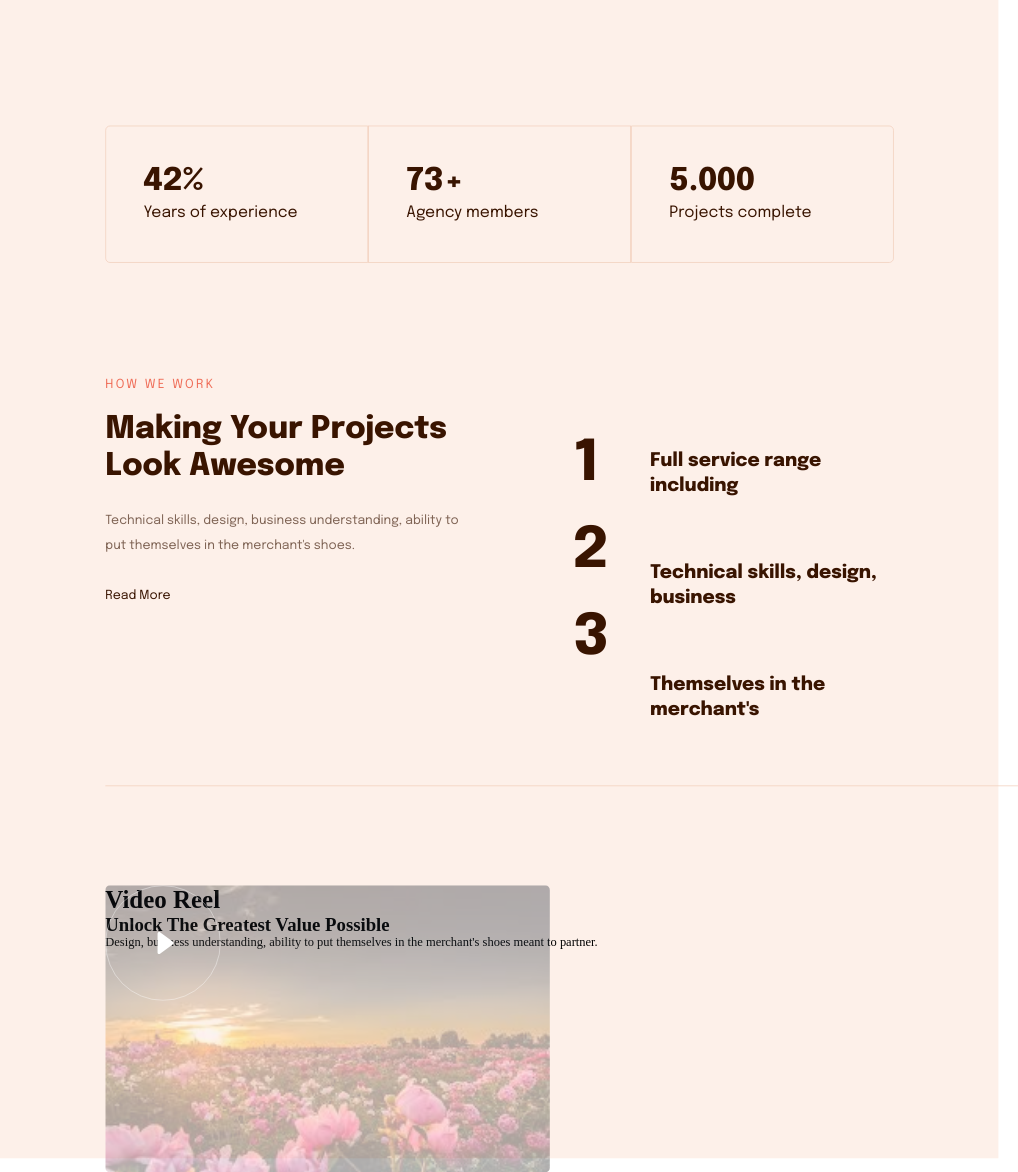
Repository: AytacJafarova/task2
Page: index.html
These files come from the project's save history. The page is drawn as it stood at one moment and after the next save; the edit follows.
The browser window is 1280 px wide. The page is 1305 px wide, so the pictures cover 1305 px, including what lies to the right of the window. The pictures show the whole page, at 78% of full size.

Above is the page before, as saved 2023-08-01 14:10:16.

### index.html
<!DOCTYPE html>
<html lang="en">

<head>
    <meta charset="UTF-8">
    <meta name="viewport" content="width=device-width, initial-scale=1.0">
    <title>Document</title>
    <link rel="stylesheet" href="./index.css">
</head>

<body>
    <div class="container">
        <div class="projects">
            <ul>
                <li>
                    <h1>42%</h1>
                    <p>Years of experience</p>
                </li>
                <li>
                    <h1>73+</h1>
                    <p>Agency members</p>
                </li>
                <li>
                    <h1>5.000</h1>
                    <p>Projects complete</p>
                </li>
            </ul>
        </div>
        <div class="work">
            <div class="box1">
                <h1>How we work</h1>
                <h2>Making Your Projects <br> Look Awesome</h2>
                <p class="put">Technical skills, design, business understanding, ability to put themselves in the
                    merchant's shoes.</p>
                <p>Read More</p>
            </div>
            <div class="box2">
                <ul>
                    <li>1</li>
                    <li>2</li>
                    <li>3</li>
                </ul>
                <div class="texts">
                    <h1>Full service range including</h1>
                    <h1>Technical skills, design, business</h1>
                    <h1>Themselves in the merchant's</h1>
                </div>
            </div>
        </div>
        <div class="border"></div>
        <div class="video">
            <div class="video-img">
                <img class="first" src="./images/images.jpg" alt="">
                <img src="./images/play.svg" alt="">
            </div>
            <div class="texts">
                <h1>Video Reel</h1>
                <h2>Unlock The Greatest Value Possible</h2>
                <p>Design, business understanding, ability to put themselves in the merchant's shoes meant to partner.
                </p>
            </div>
        </div>
    </div>
</body>

</html>

### index.css
@import url('https://fonts.googleapis.com/css2?family=Epilogue:wght@400;800&display=swap');
* {
    padding: 0;
    margin: 0;
    box-sizing: border-box;
}
.container {
    padding: 161px 134px 268px 135px;
    background: #FDF0E9;
}
.projects ul {
    display: flex;
    /* border-radius: 6px 0px 0px 6px; */
}
.projects ul li {
    display: flex;
    flex-direction: column;
    justify-content: center;
    list-style-type: none;
border: 1px solid #F3D1BF;
width: 33.33%;
height: 176px;
padding-left: 48px;
}
li:first-child{
border-radius: 6px 0px 0px 6px;
}
li:last-child{
border-radius: 0px 6px 6px 0px;
}


.projects ul li h1 {
    color: var(--text-dark, #391400);
font-feature-settings: 'clig' off, 'liga' off;
font-family: Epilogue;
font-size: 40px;
font-style: normal;
font-weight: 800;
line-height: 48px;
}
.projects ul li p {
    color: var(--text-dark, #391400);
font-feature-settings: 'clig' off, 'liga' off;
font-family: Epilogue;
font-size: 20px;
font-style: normal;
font-weight: 400;
line-height: 32px;
}
.work {
    display:flex ;
    margin-top: 140px;
}
.box1 h1 {
    color: var(--text-dark-accent, #EF6D58);
font-feature-settings: 'clig' off, 'liga' off;
font-family: Epilogue;
font-size: 16px;
font-style: normal;
font-weight: 400;
line-height: 32px;
letter-spacing: 3px;
text-transform: uppercase;
margin-bottom: 17px;
}
.box1 h2 {
    color: var(--text-dark, #391400);
font-feature-settings: 'clig' off, 'liga' off;
font-family: Epilogue;
font-size: 40px;
font-style: normal;
font-weight: 800;
line-height: 48px;
margin-bottom: 30px;
}
.box1 .put {
    width: 470px;
height: 68px;
flex-shrink: 0;
    color: var(--text-dark-gray, rgba(57, 20, 0, 0.64));
font-feature-settings: 'clig' off, 'liga' off;
font-family: Epilogue;
font-size: 16px;
font-style: normal;
font-weight: 400;
line-height: 32px;
margin-bottom: 28px;
}
.box1 p {
    color: var(--text-dark, #391400);
font-feature-settings: 'clig' off, 'liga' off;
font-family: Epilogue;
font-size: 16px;
font-style: normal;
font-weight: 400;
line-height: 32px;
}
.box2 {
    display: flex;
    margin-left: 130px;
    margin-top: 78px;
}
.box2 ul li {
    list-style-type: none;
    color: #391400;
font-feature-settings: 'clig' off, 'liga' off;
font-family: Epilogue;
font-size: 72px;
font-style: normal;
font-weight: 800;
line-height: 80px;
letter-spacing: -2px;
margin-bottom: 32px;
}
.box2 .texts h1 {
    color: var(--text-dark, #391400);
font-feature-settings: 'clig' off, 'liga' off;
font-family: Epilogue;
font-size: 24px;
font-style: normal;
font-weight: 700;
line-height: 32px;
margin-bottom: 80px;
margin-top: 20px;
margin-left: 54px;
}
.border {
    width: 1170px;
height: 1px;
flex-shrink: 0;
background: #F3D1BF;
}
.video {
    display: flex;
    margin-top:127px;
}
.video .video-img .first  {
    width: 570px;
    height: 368px;
    flex-shrink: 0;
    border-radius: 6px;
opacity: 0.318057119846344;
background: #5C2000;
}
.video .video-img  img {
    width: 148px;
height: 148px;
flex-shrink: 0;
color: FFFFF;
margin-bottom: 0;
position: absolute;
}
.video-img {
    position: relative;
}

After the next save:
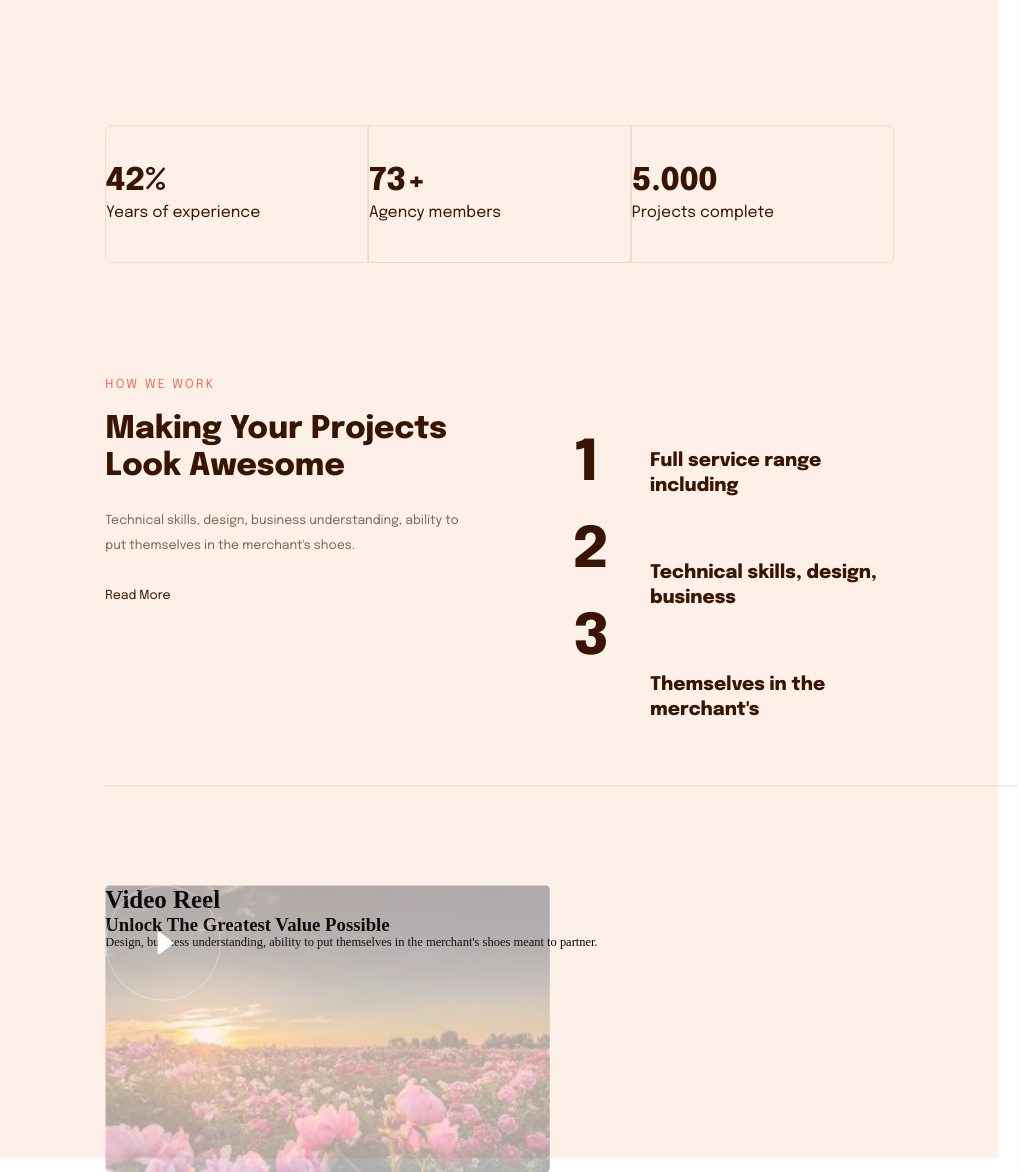
Saved 47 s later.
--- a/index.css
+++ b/index.css
@@ -20,7 +20,7 @@
 border: 1px solid #F3D1BF;
 width: 33.33%;
 height: 176px;
-padding-left: 48px;
+/* padding-left: 48px; */
 }
 li:first-child{
 border-radius: 6px 0px 0px 6px;
